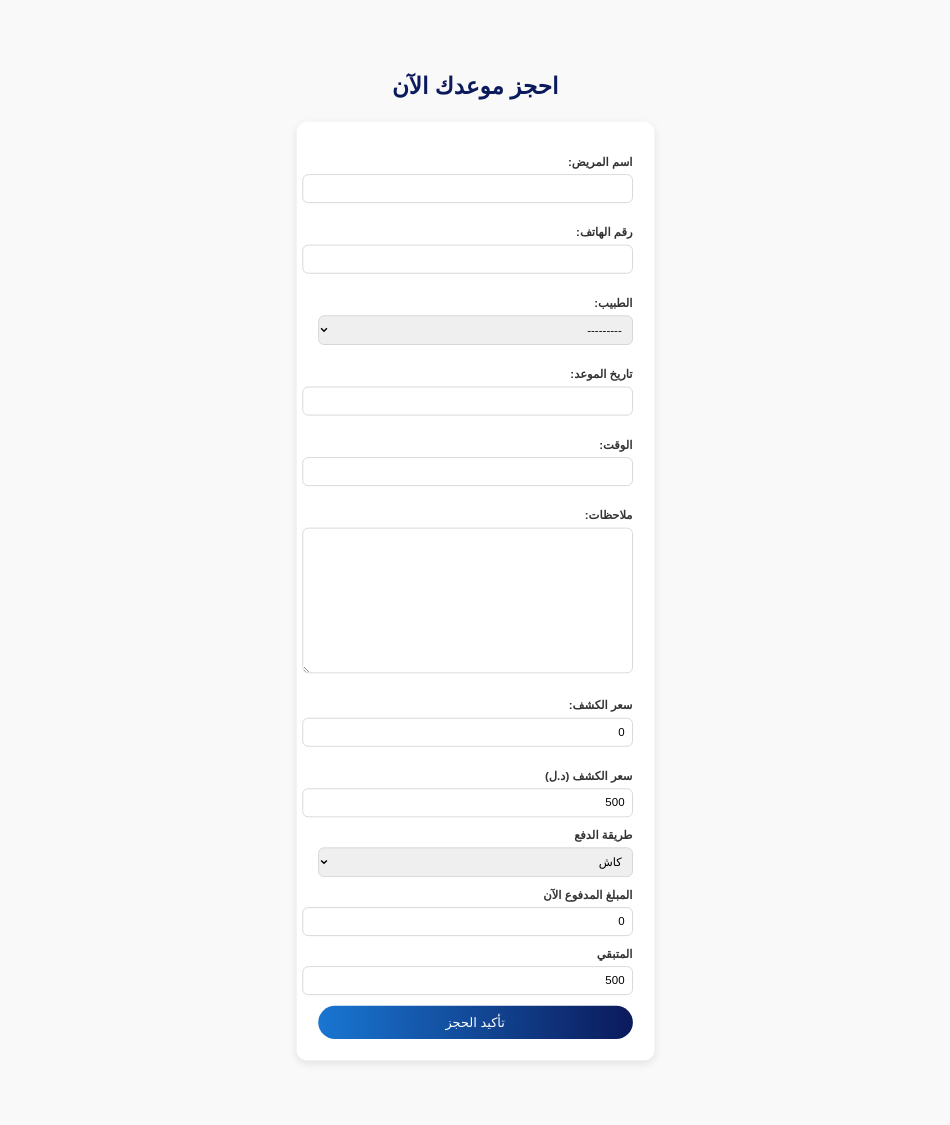
Repository: mysite4/s
Page: http://localhost/booking/?doctor=Reem
These files come from the project's save history. The page is drawn as it stood at one moment and after a run of saves; the edit follows.
The browser window is 1280 px wide. The page is 1320 px wide, so the pictures cover 1320 px, including what lies to the right of the window. The pictures show the whole page, at 72% of full size.
Some web fonts or font styles are not loaded; a fallback is used. The page is served by the project's application, run on Django 5.2 (manage.py). Other server files are loaded and not shown. Queries for data that is not in the repository find no rows.

Above is the page before, as saved 2025-11-21 19:38:21.

### main/templates/booking.html
{% load static %}
<!DOCTYPE html>
<html lang="ar" dir="rtl">
<head>
  <meta charset="UTF-8">
  <meta name="viewport" content="width=device-width, initial-scale=1.0">
  <title>احجز موعدك</title>
  <link href="https://fonts.googleapis.com/css2?family=Cairo:wght@200..1000&display=swap" rel="stylesheet">
  <link rel="stylesheet" href="{% static 'css/style.css' %}">
  <style>
    body {
      font-family: 'Cairo', sans-serif;
      background-color: #f9f9f9;
      text-align: center;
      padding: 80px 20px;
    }
    h1 {
      color: #0b1a5b;
      margin-bottom: 30px;
    }
    form {
      max-width: 500px;
      margin: 0 auto;
      background: #fff;
      padding: 30px;
      border-radius: 15px;
      box-shadow: 0 4px 12px rgba(0,0,0,0.1);
      text-align: right;
    }
    label {
      display: block;
      margin-bottom: 8px;
      font-weight: bold;
      color: #333;
    }
    input, select, textarea {
      width: 100%;
      padding: 10px;
      margin-bottom: 15px;
      border: 1px solid #ccc;
      border-radius: 8px;
      font-size: 16px;
    }
    button {
      background: linear-gradient(to right, #1976d2, #0b1a5b);
      color: white;
      padding: 12px 25px;
      border: none;
      border-radius: 30px;
      cursor: pointer;
      transition: 0.3s;
      font-size: 18px;
      width: 100%;
    }
    button:hover {
      background: linear-gradient(to right, #0b1a5b, #1976d2);
    }
  </style>
</head>
<body>

  <h1>احجز موعدك الآن</h1>
  <form method="POST">
    {% csrf_token %}
    {{ form.as_p }}

    <!-- السعر الثابت للكشف -->
    <label>سعر الكشف (د.ل)</label>
    <input type="number" id="service_price" value="500" readonly>

    <!-- اختيار طريقة الدفع -->
    <label>طريقة الدفع</label>
    <select id="payment_method" name="payment_method">
      <option value="cash">كاش</option>
      <option value="card">بطاقة</option>
      <option value="not_paid">غير مدفوع</option>
    </select>

    <!-- المبلغ المدفوع الآن -->
    <label>المبلغ المدفوع الآن</label>
    <input type="number" id="paid_amount" name="paid_amount" value="0">

    <!-- المبلغ المتبقي -->
    <label>المتبقي</label>
    <input type="number" id="remaining_amount" readonly value="500">

    <button type="submit">تأكيد الحجز</button>
  </form>

  <script>
    const servicePriceInput = document.getElementById('service_price');
    const paidAmountInput = document.getElementById('paid_amount');
    const remainingAmountInput = document.getElementById('remaining_amount');

    paidAmountInput.addEventListener('input', () => {
      let servicePrice = parseFloat(servicePriceInput.value);
      let paid = parseFloat(paidAmountInput.value) || 0;
      let remaining = servicePrice - paid;
      remainingAmountInput.value = remaining >= 0 ? remaining : 0;
    });
  </script>

</body>
</html>

### main/forms.py
from django import forms
from .models import Appointment

class AppointmentForm(forms.ModelForm):
    class Meta:
        model = Appointment
        fields = ['name', 'phone', 'doctor', 'date', 'time', 'message']
        widgets = {
            'date': forms.DateInput(attrs={'type': 'date'}),
            'time': forms.TimeInput(attrs={'type': 'time'}),
        }
# forms.py
from django import forms
from .models import Patient
class PatientForm(forms.ModelForm):
    class Meta:
        model = Patient
        fields = ['name', 'age', 'gender', 'phone', 'disease', 'notes']

# forms.py
from django import forms
from .models import Appointment

class AppointmentForm(forms.ModelForm):
    class Meta:
        model = Appointment
        fields = ['name', 'phone', 'doctor', 'date', 'time', 'message', 'service_price']

### main/models.py
from django.db import models
from django.utils import timezone


# ---------------------- Doctors ----------------------
class Doctor(models.Model):
    name = models.CharField(max_length=100)
    specialty = models.CharField(max_length=100)

    def __str__(self):
        return f"{self.name} - {self.specialty}"


# ---------------------- Patients ----------------------
class Patient(models.Model):
    name = models.CharField(max_length=100)
    age = models.IntegerField(blank=True, null=True)
    gender = models.CharField(max_length=10)
    phone = models.CharField(max_length=15)
    disease = models.CharField(max_length=200)
    created_at = models.DateTimeField(auto_now_add=True)
    notes = models.TextField(blank=True, null=True)

    def __str__(self):
        return self.name


# ---------------------- Appointment ----------------------
class Appointment(models.Model):
    name = models.CharField(max_length=100, verbose_name="اسم المريض")
    phone = models.CharField(max_length=20, verbose_name="رقم الهاتف")
    doctor = models.ForeignKey(Doctor, on_delete=models.CASCADE, verbose_name="الطبيب")
    date = models.DateField(verbose_name="تاريخ الموعد")
    time = models.TimeField(verbose_name="الوقت")
    message = models.TextField(blank=True, null=True, verbose_name="ملاحظات")
    service_price = models.DecimalField(max_digits=10, decimal_places=2, default=0, verbose_name="سعر الكشف")
    created_at = models.DateTimeField(default=timezone.now)

    def __str__(self):
        return f"موعد {self.name} مع {self.doctor.name} بتاريخ {self.date}"


# ---------------------- Invoice ----------------------
class Invoice(models.Model):
    appointment = models.OneToOneField(
        Appointment,
        on_delete=models.CASCADE,
        null=True,       # السماح بأن يكون فارغ للسجلات القديمة
        blank=True
    )
    number = models.CharField(
        max_length=100,
        unique=True,
        null=True,       # يمكن تركه فارغًا
        blank=True
    )
    total_amount = models.DecimalField(max_digits=10, decimal_places=2, default=0)
    paid_amount = models.DecimalField(max_digits=10, decimal_places=2, default=0)
    date = models.DateField(default=timezone.now)

    @property
    def remaining_amount(self):
        return self.total_amount - self.paid_amount

    def __str__(self):
        if self.appointment:
            return f"فاتورة {self.number} - {self.appointment.name}"
        return f"فاتورة {self.number} - غير مرتبطة بموعد"


# ---------------------- Payment ----------------------
class Payment(models.Model):
    invoice = models.ForeignKey(
        Invoice,
        on_delete=models.CASCADE,
        related_name="payments",
        null=True,       # السماح بأن يكون فارغ للسجلات القديمة
        blank=True
    )
    amount = models.DecimalField(max_digits=10, decimal_places=2)
    paid_at = models.DateTimeField(auto_now_add=True)

    def __str__(self):
        if self.invoice:
            return f"{self.amount} د.ل - {self.invoice.number}"
        return f"{self.amount} د.ل - فاتورة غير محددة"


# ---------------------- Notification ----------------------
class Notification(models.Model):
    title = models.CharField(max_length=200)
    message = models.TextField()
    created_at = models.DateTimeField(auto_now_add=True)
    is_active = models.BooleanField(default=True)

    def __str__(self):
        return self.title


# ---------------------- Accounting ----------------------
class AccountingItem(models.Model):
    date = models.DateField()
    income = models.FloatField()
    expense = models.FloatField()

    def __str__(self):
        return f"{self.date} - Income: {self.income} / Expense: {self.expense}"


# ---------------------- Doctor Schedule ----------------------
class DoctorSchedule(models.Model):
    name = models.CharField(max_length=100)
    hall = models.CharField(max_length=50)
    start_time = models.TimeField()
    end_time = models.TimeField()

    def __str__(self):
        return self.name

### main/views.py
from django.shortcuts import render, redirect
from django.utils import timezone
from django.http import JsonResponse
from .models import Appointment, Patient, Notification, Invoice, Payment, AccountingItem, DoctorSchedule
from .forms import AppointmentForm, PatientForm

# ------------------- الصفحة الرئيسية -------------------
def home(request):
    return render(request, 'home.html')


# ------------------- صفحة الحجز -------------------
def booking_page(request):
    if request.method == 'POST':
        form = AppointmentForm(request.POST)
        if form.is_valid():
            appointment = form.save()  # حفظ الموعد

            # الحصول على بيانات الدفع من الفورم
            paid_amount = float(request.POST.get('paid_amount', 0))
            payment_method = request.POST.get('payment_method', 'not_paid')

            # إنشاء أو تحديث المريض
            patient_name = form.cleaned_data['name']
            patient_phone = form.cleaned_data['phone']
            patient_notes = form.cleaned_data.get('message', '')

            patient, created = Patient.objects.update_or_create(
                name=patient_name,
                defaults={
                    'phone': patient_phone,
                    'notes': patient_notes
                }
            )

            # إنشاء فاتورة مرتبطة بالموعد
            invoice = Invoice.objects.create(
                appointment=appointment,
                total_amount=appointment.service_price,
                paid_amount=paid_amount,
                date=timezone.now()
            )

            # إنشاء دفعة إذا تم دفع أي مبلغ
            if paid_amount > 0:
                Payment.objects.create(
                    invoice=invoice,
                    amount=paid_amount,
                    paid_at=timezone.now()
                )

            return render(request, 'booking_success.html', {'invoice': invoice})
    else:
        form = AppointmentForm()

    return render(request, 'booking.html', {'form': form})


# ------------------- عرض جميع المواعيد -------------------
def appointments(request):
    appointments_list = Appointment.objects.all().order_by('-date', '-time')
    return render(request, 'services/appointments.html', {'appointments': appointments_list})


# ------------------- عرض وإضافة المرضى -------------------
def patients_view(request):
    if request.method == 'POST':
        form = PatientForm(request.POST)
        if form.is_valid():
            form.save()
            return redirect('patients')
    else:
        form = PatientForm()

    patients_list = Patient.objects.all().order_by('-id')
    return render(request, 'services/patients.html', {'form': form, 'patients': patients_list})


# ------------------- صفحة المحاسبة -------------------
def accounting_dashboard(request):
    items = AccountingItem.objects.all().order_by('date')
    invoices = Invoice.objects.all().order_by('-date')
    context = {
        'accounting_items': items,
        'invoices': invoices
    }
    return render(request, 'services/accounting.html', context)


# ------------------- صفحة الاستقبال -------------------
def reception(request):
    doctors = DoctorSchedule.objects.all()
    return render(request, 'services/reception.html', {'doctors': doctors})


# ------------------- صفحة المهام -------------------
def tasks(request):
    return render(request, 'services/tasks.html')


# ------------------- صفحة الطوارئ -------------------
def emergency(request):
    return render(request, 'services/emergency.html')


# ------------------- تعديل موعد باستخدام AJAX -------------------
def edit_appointment(request):
    if request.method == "POST":
        appointment_id = request.POST.get("appointment_id")
        appointment = Appointment.objects.get(id=appointment_id)
        appointment.name = request.POST.get("patient_name")
        appointment.date = request.POST.get("date")
        appointment.time = request.POST.get("time")
        appointment.save()
        return JsonResponse({"success": True})
    return JsonResponse({"success": False})


# ------------------- صفحة الإحصائيات -------------------
def stats_view(request):
    today = timezone.localdate()
    total_patients = Patient.objects.count()
    visits_today = Appointment.objects.filter(created_at__date=today).count()
    context = {
        'total_patients': total_patients,
        'visits_today': visits_today,
    }
    return render(request, 'services/statistics.html', context)


# ------------------- صفحة الإشعارات -------------------
def notifications_page(request):
    notifications = Notification.objects.filter(is_active=True).order_by('-created_at')
    return render(request, 'services/notifications.html', {'notifications': notifications})

### mysite/urls.py
"""
URL configuration for mysite project.

The `urlpatterns` list routes URLs to views. For more information please see:
    https://docs.djangoproject.com/en/5.2/topics/http/urls/
Examples:
Function views
    1. Add an import:  from my_app import views
    2. Add a URL to urlpatterns:  path('', views.home, name='home')
Class-based views
    1. Add an import:  from other_app.views import Home
    2. Add a URL to urlpatterns:  path('', Home.as_view(), name='home')
Including another URLconf
    1. Import the include() function: from django.urls import include, path
    2. Add a URL to urlpatterns:  path('blog/', include('blog.urls'))
"""
from django.contrib import admin
from django.urls import path, include

urlpatterns = [
    path('admin/', admin.site.urls),
    path('', include('main.urls')),
]

### main/urls.py
from django.urls import path
from . import views
from .views import accounting_dashboard

urlpatterns = [
    path('', views.home, name='home'),
    path('booking/', views.booking_page, name='booking_page'),
    path('services/appointments/', views.appointments, name='appointments'),
    path('services/patients/', views.patients_view, name='patients'),
     path("accounting-dashboard/", accounting_dashboard, name="accounting_dashboard"),
    path('services/reception/', views.reception, name='reception'),
    path('services/notifications/', views.notifications_page, name='notifications'),
    path('services/statistics/', views.stats_view, name='statistics'),  # ✅ تم التعديل هنا
    path('services/tasks/', views.tasks, name='tasks'),
    path('services/emergency/', views.emergency, name='emergency'),
    path('edit_appointment/', views.edit_appointment, name='edit_appointment'),
]

Loaded but not shown: main/static/css/style.css (525 lines, source omitted)

After the next 2 saves:
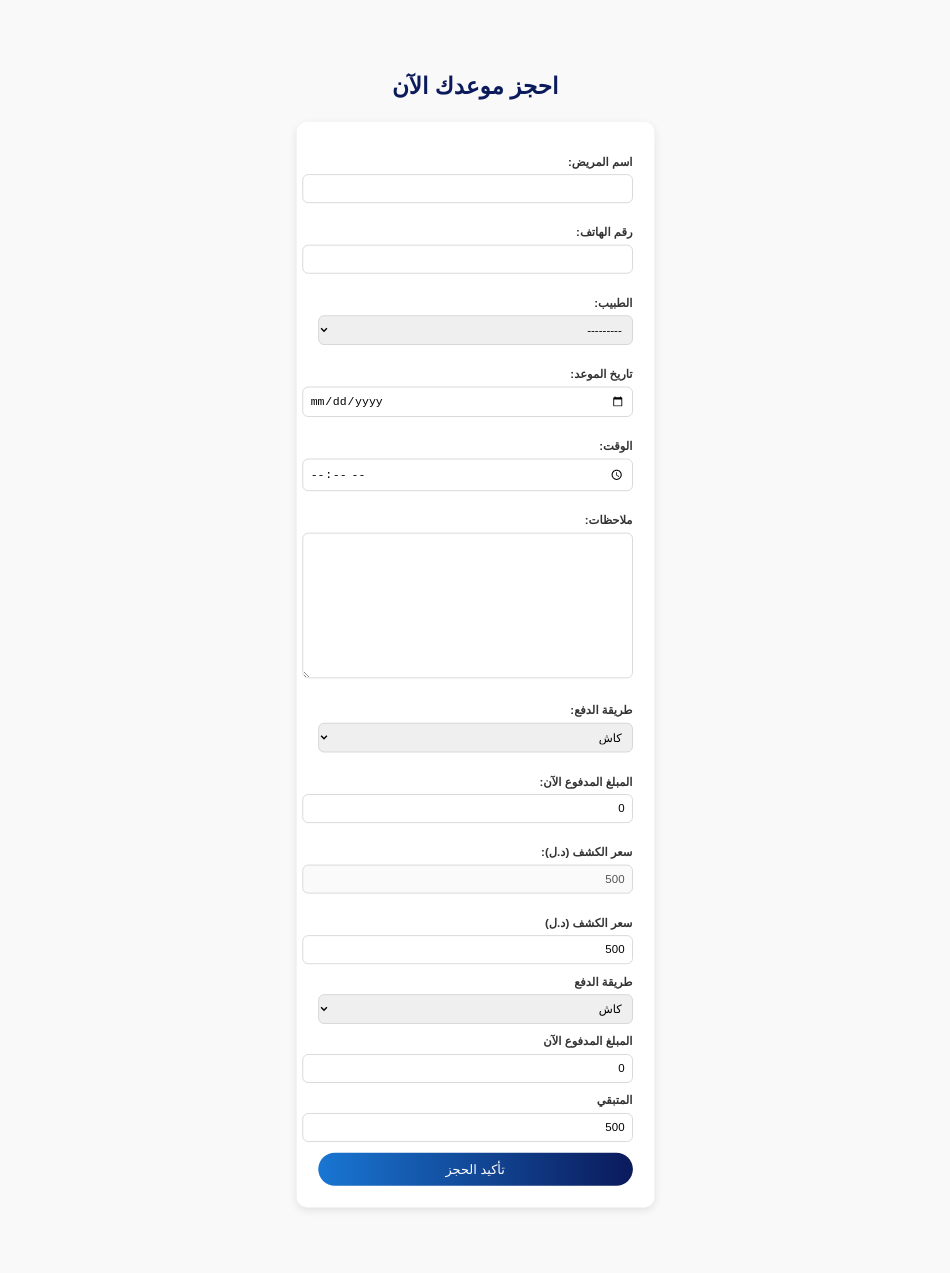
The 2 saves are shown as one change because 1 did not build or start.
The last was saved 8 min 41 s later.
--- a/main/forms.py
+++ b/main/forms.py
@@ -1,7 +1,17 @@
 from django import forms
-from .models import Appointment
+from .models import Appointment, Patient
 
+# ---------------- Appointment Form ----------------
 class AppointmentForm(forms.ModelForm):
+    # حقول إضافية غير موجودة في الموديل مباشرة
+    PAYMENT_CHOICES = (
+        ("cash", "كاش"),
+        ("card", "بطاقة"),
+        ("not_paid", "غير مدفوع"),
+    )
+    payment_method = forms.ChoiceField(choices=PAYMENT_CHOICES, label="طريقة الدفع")
+    paid_amount = forms.DecimalField(label="المبلغ المدفوع الآن", max_digits=10, decimal_places=2, initial=0)
+
     class Meta:
         model = Appointment
         fields = ['name', 'phone', 'doctor', 'date', 'time', 'message']
@@ -9,19 +19,20 @@ class AppointmentForm(forms.ModelForm):
             'date': forms.DateInput(attrs={'type': 'date'}),
             'time': forms.TimeInput(attrs={'type': 'time'}),
         }
-# forms.py
-from django import forms
-from .models import Patient
+
+    def __init__(self, *args, **kwargs):
+        super().__init__(*args, **kwargs)
+        # جعل سعر الكشف ثابت عند 500 د.ل
+        self.fields['service_price'] = forms.DecimalField(
+            label="سعر الكشف (د.ل)",
+            max_digits=10,
+            decimal_places=2,
+            initial=500,
+            disabled=True
+        )
+
+# ---------------- Patient Form ----------------
 class PatientForm(forms.ModelForm):
     class Meta:
         model = Patient
         fields = ['name', 'age', 'gender', 'phone', 'disease', 'notes']
-
-# forms.py
-from django import forms
-from .models import Appointment
-
-class AppointmentForm(forms.ModelForm):
-    class Meta:
-        model = Appointment
-        fields = ['name', 'phone', 'doctor', 'date', 'time', 'message', 'service_price']
